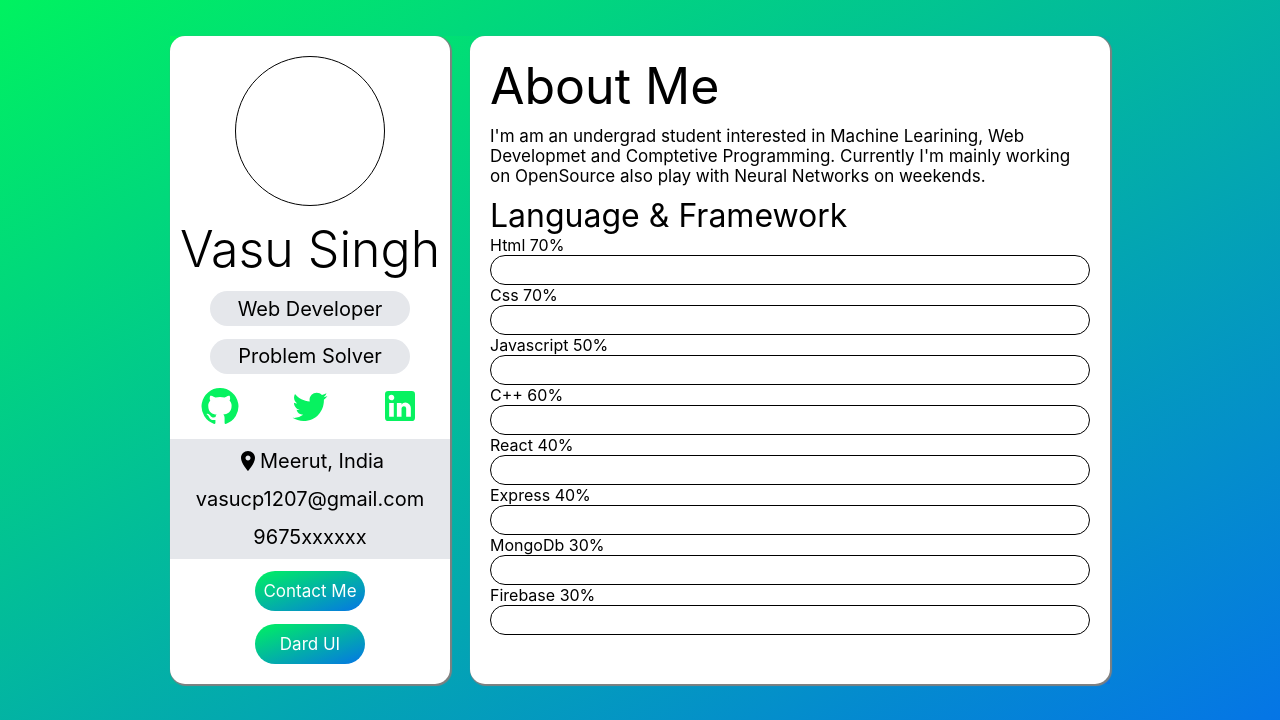
Repository: vasucp1207/grid-port
Page: /about
An editor plug-in stored every save of this project. The page is shown before and after the next save, followed by the edit.
The browser window is 1280 px wide. The pictures show the whole page.
Some web fonts or font styles are not loaded; a fallback is used. The project was rebuilt for these pictures with package versions that can differ from the ones it lists, and the page was loaded fresh each time. Also part of the build but not shown: src/pages/Home.js, src/pages/Projects.js.

Above is the page before, as saved 2022-08-17 01:47:46.

### public/index.html
<!DOCTYPE html>
<html lang="en">
  <head>
    <meta charset="utf-8" />
    <link rel="icon" href="%PUBLIC_URL%/favicon.ico" />
    <meta name="viewport" content="width=device-width, initial-scale=1" />
    <meta name="theme-color" content="#000000" />
    <meta
      name="description"
      content="Web site created using create-react-app"
    />
    <link rel="apple-touch-icon" href="%PUBLIC_URL%/logo192.png" />
    <!--
      manifest.json provides metadata used when your web app is installed on a
      user's mobile device or desktop. See https://developers.google.com/web/fundamentals/web-app-manifest/
    -->
    <link rel="manifest" href="%PUBLIC_URL%/manifest.json" />
    <link rel="preconnect" href="https://fonts.googleapis.com">
<link rel="preconnect" href="https://fonts.gstatic.com" crossorigin>
<link href="https://fonts.googleapis.com/css2?family=Kantumruy+Pro:wght@200;300&family=Open+Sans:ital,wght@0,300;0,600;0,700;1,800&family=Poppins:wght@400;600&family=Raleway:wght@300&family=Roboto+Flex:opsz,wght@8..144,300;8..144,400;8..144,500&display=swap" rel="stylesheet">
    <!--
      Notice the use of %PUBLIC_URL% in the tags above.
      It will be replaced with the URL of the `public` folder during the build.
      Only files inside the `public` folder can be referenced from the HTML.

      Unlike "/favicon.ico" or "favicon.ico", "%PUBLIC_URL%/favicon.ico" will
      work correctly both with client-side routing and a non-root public URL.
      Learn how to configure a non-root public URL by running `npm run build`.
    -->
    <title>React App</title>
  </head>
  <body>
    <noscript>You need to enable JavaScript to run this app.</noscript>
    <div id="root"></div>
    <!--
      This HTML file is a template.
      If you open it directly in the browser, you will see an empty page.

      You can add webfonts, meta tags, or analytics to this file.
      The build step will place the bundled scripts into the <body> tag.

      To begin the development, run `npm start` or `yarn start`.
      To create a production bundle, use `npm run build` or `yarn build`.
    -->
  </body>
</html>

### src/index.css
body {
  margin: 0;
  font-family: -apple-system, BlinkMacSystemFont, 'Segoe UI', 'Roboto', 'Oxygen',
    'Ubuntu', 'Cantarell', 'Fira Sans', 'Droid Sans', 'Helvetica Neue',
    sans-serif;
  -webkit-font-smoothing: antialiased;
  -moz-osx-font-smoothing: grayscale;

  --gray: rgb(205, 195, 195);
  background-image: linear-gradient(to right bottom,#00f260,#0575e6);
}

::selection{
  background: rgb(71, 219, 106);
}

### src/App.js
import './App.css';
import { Link, Route, Routes } from 'react-router-dom';
import AboutMe from './pages/AboutMe';
import Home from './pages/Home';
import Projects from './pages/Projects';

function App() {
  return (
    <div>
      <Routes>
        <Route exact path="/" element={<Home />} />
        <Route exact path="/about" element={<AboutMe />} />
        <Route exact path="/projects" element={<Projects />} />
      </Routes>
    </div>
  );
}

export default App;

### src/App.css
:root {
  --d: 700ms;
  --e: cubic-bezier(0.19, 1, 0.22, 1);
  --font-sans: "Rubik", sans-serif;
  --font-serif: "Cardo", serif;
  font-family: Poppins;
}

* {
  box-sizing: border-box;
  padding: 0;
  margin: 0;
}

html, body {
  height: 100vh;
  width: 100vw;
}

body {
  display: grid;
  place-items: center;
}

.page-content {
  display: grid;
  width: 100vw;
  height: 100vh;
  margin: 0 auto;
}
@media (min-width: 600px) {
  .page-content {
    grid-template-columns: repeat(2, 1fr);
  }
}
@media (min-width: 800px) {
  .page-content {
    grid-template-columns: repeat(2, 1fr);
  }
}

.card {
  position: relative;
  display: flex;
  align-items: flex-end;
  overflow: hidden;
  padding: 1rem;
  width: 100%;
  text-align: center;
  color: whitesmoke;
  background-color: whitesmoke;
  box-shadow: 0 1px 1px rgba(0, 0, 0, 0.1), 0 2px 2px rgba(0, 0, 0, 0.1), 0 4px 4px rgba(0, 0, 0, 0.1), 0 8px 8px rgba(0, 0, 0, 0.1), 0 16px 16px rgba(0, 0, 0, 0.1);
}
@media (min-width: 600px) {
  .card {
    height: 100vh;
  }
}
.card:before {
  content: "";
  position: absolute;
  top: 0;
  left: 0;
  width: 100%;
  height: 110%;
  background-size: cover;
  background-position: 0 0;
  transition: transform calc(var(--d) * 1.5) var(--e);
  pointer-events: none;
}
.card:after {
  content: "";
  display: block;
  position: absolute;
  top: 0;
  left: 0;
  width: 100%;
  height: 200%;
  pointer-events: none;
  background-image: linear-gradient(to bottom, rgba(0, 0, 0, 0) 0%, rgba(0, 0, 0, 0.009) 11.7%, rgba(0, 0, 0, 0.034) 22.1%, rgba(0, 0, 0, 0.072) 31.2%, rgba(0, 0, 0, 0.123) 39.4%, rgba(0, 0, 0, 0.182) 46.6%, rgba(0, 0, 0, 0.249) 53.1%, rgba(0, 0, 0, 0.32) 58.9%, rgba(0, 0, 0, 0.394) 64.3%, rgba(0, 0, 0, 0.468) 69.3%, rgba(0, 0, 0, 0.54) 74.1%, rgba(0, 0, 0, 0.607) 78.8%, rgba(0, 0, 0, 0.668) 83.6%, rgba(0, 0, 0, 0.721) 88.7%, rgba(0, 0, 0, 0.762) 94.1%, rgba(0, 0, 0, 0.79) 100%);
  transform: translateY(-50%);
  transition: transform calc(var(--d) * 2) var(--e);
}
.card:nth-child(1):before {
  background-image: url(https://images.unsplash.com/photo-1493612276216-ee3925520721?ixlib=rb-1.2.1&ixid=MnwxMjA3fDB8MHxwaG90by1wYWdlfHx8fGVufDB8fHx8&auto=format&fit=crop&w=2864&q=80);
}
.card:nth-child(2):before {
  background-image: url(https://images.unsplash.com/photo-1492551557933-34265f7af79e?ixlib=rb-1.2.1&ixid=MnwxMjA3fDB8MHxwaG90by1wYWdlfHx8fGVufDB8fHx8&auto=format&fit=crop&w=1740&q=80);
}
.card:nth-child(3):before {
  background-image: url(https://images.unsplash.com/photo-1545243424-0ce743321e11?ixlib=rb-1.2.1&q=80&fm=jpg&crop=entropy&cs=tinysrgb&w=400&fit=max&ixid=eyJhcHBfaWQiOjE0NTg5fQ);
}
.card:nth-child(4):before {
  background-image: url(https://images.unsplash.com/photo-1531306728370-e2ebd9d7bb99?ixlib=rb-1.2.1&q=80&fm=jpg&crop=entropy&cs=tinysrgb&w=400&fit=max&ixid=eyJhcHBfaWQiOjE0NTg5fQ);
}

.content {
  position: relative;
  display: flex;
  flex-direction: column;
  align-items: center;
  width: 100%;
  padding: 1rem;
  transition: transform var(--d) var(--e);
  z-index: 1;
}
.content > * + * {
  margin-top: 1rem;
}

.title {
  font-size: 50px;
  font-weight: 400;
}

.copy {
  font-size: 30px;
}

.btn {
  cursor: pointer;
  margin-top: 1.5rem;
  padding: 0.75rem 1.5rem;
  font-size: 20px;
  letter-spacing: 0.025rem;
  text-transform: uppercase;
  color: white;
  background-color: black;
  border: none;
}
.btn:hover {
  background-color: white;
  color: black;
  transition: 0.3;
  border-radius: 7px;
}
.btn:focus {
  outline: 1px dashed yellow;
  outline-offset: 3px;
}

@media (hover: hover) and (min-width: 600px) {
  .card:after {
    transform: translateY(0);
  }

  .content {
    transform: translateY(calc(100% - 4.5rem));
  }
  .content > *:not(.title) {
    opacity: 0;
    transform: translateY(1rem);
    transition: transform var(--d) var(--e), opacity var(--d) var(--e);
  }

  .card:hover,
.card:focus-within {
    align-items: center;
  }
  .card:hover:before,
.card:focus-within:before {
    transform: translateY(-4%);
  }
  .card:hover:after,
.card:focus-within:after {
    transform: translateY(-50%);
  }
  .card:hover .content,
.card:focus-within .content {
    transform: translateY(0);
  }
  .card:hover .content > *:not(.title),
.card:focus-within .content > *:not(.title) {
    opacity: 1;
    transform: translateY(0);
    transition-delay: calc(var(--d) / 8);
  }

  .card:focus-within:before, .card:focus-within:after,
.card:focus-within .content,
.card:focus-within .content > *:not(.title) {
    transition-duration: 0s;
  }
}

### src/pages/AboutMe.js
import React from 'react'
import { motion } from 'framer-motion'
import styled from 'styled-components'
import GitHubIcon from '@mui/icons-material/GitHub';
import TwitterIcon from '@mui/icons-material/Twitter';
import LinkedInIcon from '@mui/icons-material/LinkedIn';
import LocationOnIcon from '@mui/icons-material/LocationOn';
import ProgressBar from '../components/ProgressBar';

function AboutMe() {

    const pageVarients = {
        initial: {
            opacity: 0
        },
        in: {
            opacity: 1
        },
        out: {
            opacity: 0
        }
    }

    return (
        <motion.div
            initial='initial'
            animate='in'
            exit='out'
            variants={pageVarients}
            transition={{ delay: 0.5, type: 'spring' }}
        >

            <Container>
                <Comp>
                    <Left>
                        <div class='avatar'></div>
                        <h1 class='name'>Vasu Singh</h1>
                        <div class='sim-btn'>Web Developer</div>
                        <div class='sim-btn'>Problem Solver</div>
                        <div class='icon-cont'>
                            <GitHubIcon className='icons' />
                            <TwitterIcon className='icons' />
                            <LinkedInIcon className='icons' />
                        </div>
                        <div class='address'>
                            <p class='city'><LocationOnIcon /> Meerut, India</p>
                            <p>vasucp1207@gmail.com</p>
                            <p>9675xxxxxx</p>
                        </div>
                        <div class='gb-btn'>Contact Me</div>
                        <div class='gb-btn'>Dard UI</div>
                    </Left>
                    <Right>
                        <h1 class='title'>About Me</h1>
                        <p class='des'>I'm am an undergrad student interested in Machine Learining, Web Developmet and Comptetive Programming. Currently I'm mainly working on OpenSource also play with Neural Networks on weekends.</p>
                        <h1 class='skills'>Language & Framework</h1>

                        <ProgressBar lang='Html' per='70%'/>
                        <ProgressBar lang='Css' per='70%'/>
                        <ProgressBar lang='Javascript' per='50%'/>
                        <ProgressBar lang='C++' per='60%'/>
                        <ProgressBar lang='React' per='40%'/>
                        <ProgressBar lang='Express' per='40%'/>
                        <ProgressBar lang='MongoDb' per='30%'/>
                        <ProgressBar lang='Firebase' per='30%'/>

                    </Right>
                </Comp>

            </Container>
        </motion.div>
    )
}

export default AboutMe

const Container = styled.div`
    background: white;
`

const Comp = styled.div`
    display: flex;
    gap: 20px;
    background-image: linear-gradient(to right bottom,#00f260,#0575e6);
`

const Left = styled.div`
    height: 90vh;
    width: 280px;
    box-shadow: 1px 1px 1px 1px gray;
    display: flex;
    justify-content: space-between;
    align-items: center;
    flex-direction: column;
    padding-bottom: 20px;
    background: white;
    border-radius: 15px;

    .avatar{
        margin-top: 20px;
        height: 150px;
        border: 1px solid black;
        width: 150px;
        border-radius: 50%;
    }

    .name{
        font-size: 50px;
        font-weight: 300;
    }

    .sim-btn{
        font-size: 20px;
        background: rgb(229,231,235);;
        width: 200px;
        height: 35px;
        border-radius: 9999px;
        display: flex;
        justify-content: center;
        align-items: center;
    }

    .icon-cont{
        width: 280px;
        padding-left: 30px;
        padding-right: 30px;
        display: flex;
        justify-content: space-between;
        align-items: center;
    }

    .icons{
        height: 40px;
        width: 40px;
        color: #07f260;
        cursor: pointer;

        :hover{
            color: black;
        }
    }

    .address{
        background: rgb(229,231,235);;
        font-size: 20px;
        display: flex;
        flex-direction: column;
        align-items: center;
        justify-content: space-between;
        width: 280px;
        height: 120px;
        padding: 10px;
    }

    .gb-btn{
        width: 110px;
        border-radius: 9999px;
        background-image: linear-gradient(to right bottom,#00f260,#0575e6);
        color: white;
        font-size: 17px;
        height: 40px;
        display: flex;
        justify-content: center;
        align-items: center;
        cursor: pointer;
    }

    .city{
        display: flex;
        justify-content: center;
        align-items: center;
    }
`

const Right = styled.div`
    height: 90vh;
    width: 50vw;
    box-shadow: 1px 1px 1px 1px gray;
    background: white;
    border-radius: 15px;
    padding: 20px;

    .title{
        font-weight: 400;
        margin-bottom: 10px;
    }

    .des{
        font-size: 17px;
        margin-bottom: 10px;
    }

    .skills{
        font-weight: 400;
    }
`

### src/components/ProgressBar.js
import React from 'react'
import styled from 'styled-components'
import { keyframes } from 'styled-components';
import { motion } from 'framer-motion'

function ProgressBar({lang, per}) {
    return (
        <Contanier>
            <div class='detail'>
                <div class='lang'><span>{lang} </span><span>{per}</span></div>
                <div class='c-bar'>
                    {/* <div class='c-fill' per={per}></div> */}
                    <motion.div className='fill'
                        animate={{width: {per}}}
                        transition={{duration: 2}}
                    >
                    </motion.div>
                </div>
            </div>
        </Contanier>
    )
}

export default ProgressBar

const Contanier = styled.div`
     .c-bar{
        width: 100%;
        height: 30px;
        border-radius: 9999px;
        border: 1px solid black;
    }

    .c-fill{
        width: 0;
        border-radius: 9999px;
        height: 30px;
        animation: fill-c 2.5s forwards;
        background: black;

        @keyframes fill-c{
            100%{
                width: ${(props) => props.per};
            }
        }
    }

    .fill{
        width: 0;
        border-radius: 9999px;
        height: 30px;
        background: black;
    }
`

Loaded but not shown: src/index.js (common file)

After the next save:
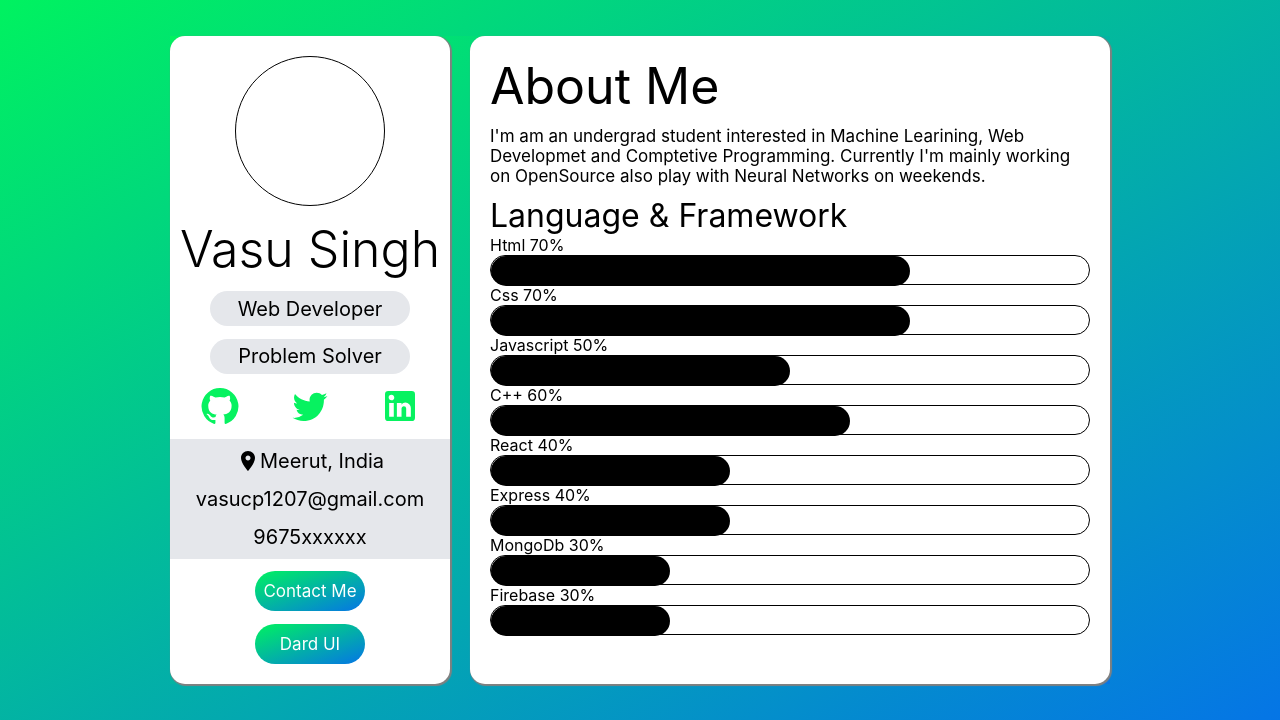
Saved 8 s later.
--- a/src/components/ProgressBar.js
+++ b/src/components/ProgressBar.js
@@ -11,7 +11,7 @@ function ProgressBar({lang, per}) {
                 <div class='c-bar'>
                     {/* <div class='c-fill' per={per}></div> */}
                     <motion.div className='fill'
-                        animate={{width: {per}}}
+                        animate={{width: per}}
                         transition={{duration: 2}}
                     >
                     </motion.div>
